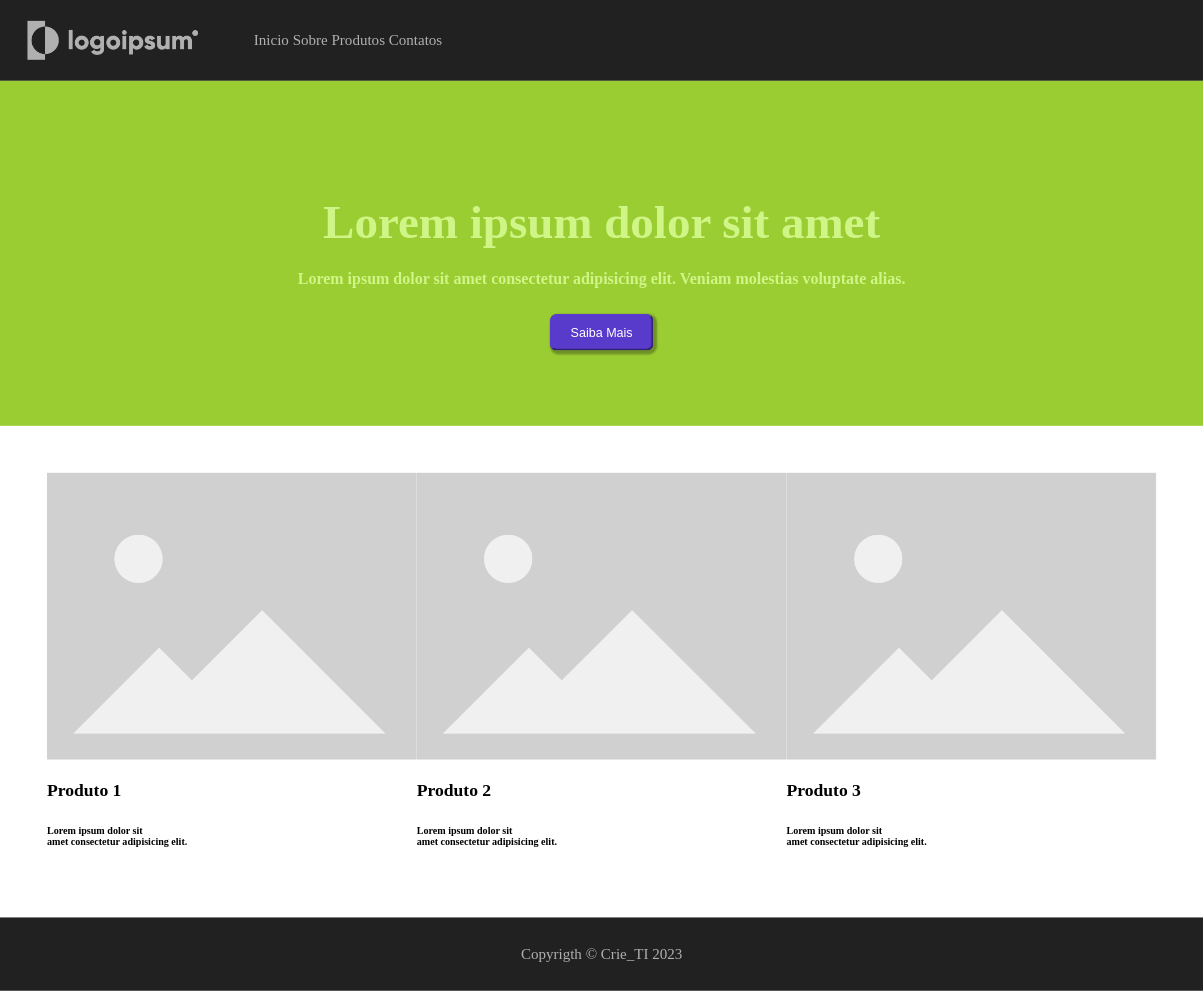
Repository: robsonwssantos/Projeto_Olaria
Page: Exercicios/ex.01/index.html
An editor plug-in stored every save of this project. The page is shown before and after the next save, followed by the edit.
The browser window is 1280 px wide. The pictures show the whole page, at 94% of full size.

Above is the page before, as saved 2023-04-21 12:54:40.

### Exercicios/ex.01/index.html
<!DOCTYPE html>
<html lang="pt-BR">
<head>
    <meta charset="UTF-8">
    <meta http-equiv="X-UA-Compatible" content="IE=edge">
    <meta name="viewport" content="width=device-width, initial-scale=1.0">
    <title>Desafio HTML-CSS</title>

    <style>
        body {
            margin: 0;
        }

        nav {
            color: #B0B0B0;
            background-color: #212121;
        }

        .banner {
            color: #d0f587;
            background-color: #9ACD32;
            text-align: center;
            padding: 80px 80px 80px 80px;
        }

        .banner h1 {
            font-size: 50px;
        }

        .banner h3 {
            font-size: 17px;
            margin-top: -20px;
        }



        .botao {
            color: #fff;
            background-color: #593BCC;
            border-color: #593BCC;
            border-radius: 7px;
            padding: 10px 20px 10px 20px;
            margin-top: 10px;
            box-shadow: 2px 2px 2px 2px rgba(19, 18, 18, 0.315);
        }


        header {
            display: flex;
            align-items: center;
            background-color:#212121;
            padding-left: 20px;
            padding-right: 20px;
            box-sizing: border-box;
            color: #B0B0B0;;
          /*  width: 100%;
            position: absolute;
            position: fixed;
            top: 0; */
        }

        header img {
            width: 200px;
            margin-right: 50px;
        }

        header a {
            text-decoration: none;
            color: #B0B0B0;
        }

        a:hover {
            color: #ffffff;
        }


        .container {
            display: flex;
            flex: 1;
            margin: 50px;
        }

        .container img {
            width: 100%;

        }


        footer {
            text-align: center;
            padding-top: 30px;
            padding-bottom: 30px;
            color:#B0B0B0;
            background-color:#212121;

        }

    </style>

</head>
<body>
    <header>

        <img src="logo.png" alt="">
        <nav>
            <a href="">Inicio</a>
            <a href="">Sobre</a>
            <a href="">Produtos</a>
            <a href="">Contatos</a>
        </nav>

    </header>
   <main>
        <section class="banner">
            <div>
                <h1>Lorem ipsum dolor sit amet</h1>
                <h3>Lorem ipsum dolor sit amet consectetur adipisicing elit. Veniam molestias voluptate alias.</h3>
                <button class="botao">Saiba Mais</button>
            </div>
        </section>

        <section class="container" class="row">
            <div class="colum">
                <img src="placeholder.png" alt="">
                <h3>Produto 1</h3>
                <h6>
                    Lorem ipsum dolor sit<br>
                    amet consectetur adipisicing elit.
                </h6>
            </div>
            <div class="colum">
                <img src="placeholder.png" alt="">
                <h3>Produto 2</h3>
                <h6>
                    Lorem ipsum dolor sit<br>
                    amet consectetur adipisicing elit.
                </h6>
            </div>
            <div class="colum">
                <img src="placeholder.png" alt="">
                <h3>Produto 3</h3>
                <h6>
                    Lorem ipsum dolor sit<br>
                    amet consectetur adipisicing elit.
                </h6>
            </div>
        </section>
   </main>

    <footer>
        Copyrigth © Crie_TI 2023
    </footer>
</body>
</html>

After the next save:
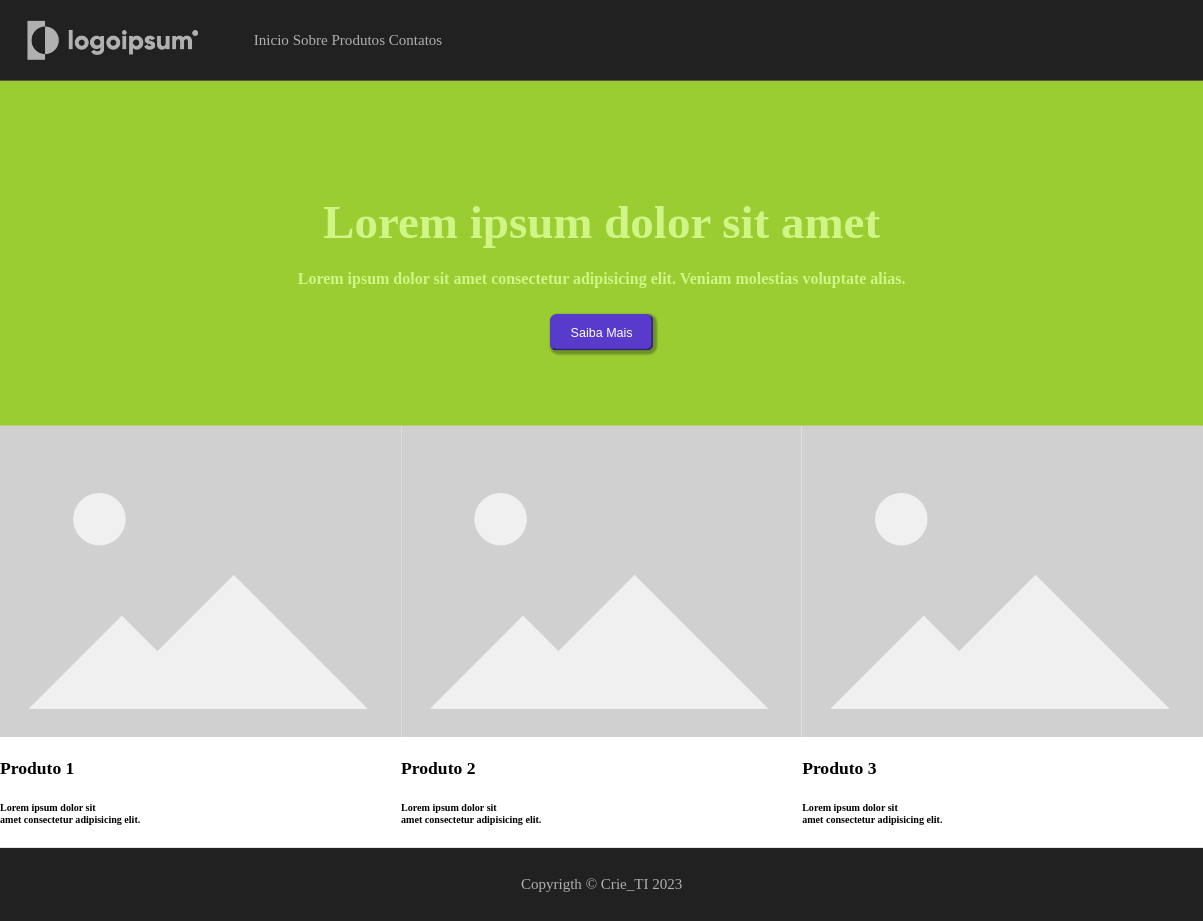
Saved 76 s later.
--- a/Exercicios/ex.01/index.html
+++ b/Exercicios/ex.01/index.html
@@ -76,8 +76,8 @@
 
         .container {
             display: flex;
-            flex: 1;
-            margin: 50px;
+            border-top: none;
+            padding-top: 0;
         }
 
         .container img {
